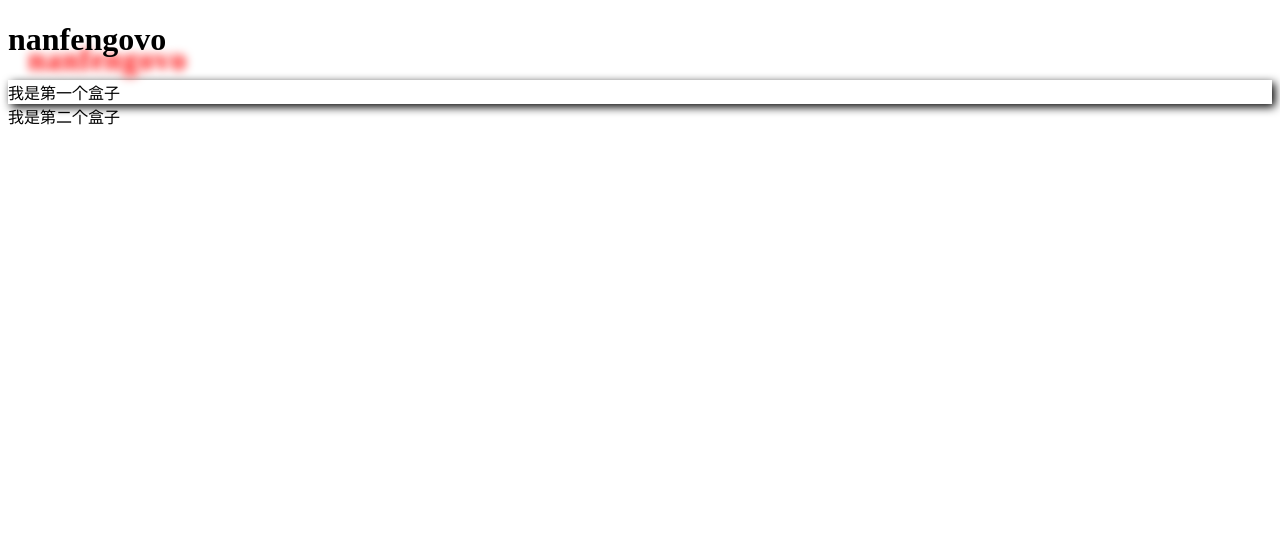
Repository: nanfengovo/CSS
Page: shadow.html
These files come from the project's save history. The page is drawn as it stood at one moment and after the next save; the edit follows.
The browser window is 1280 px wide. The pictures show the whole page.

Above is the page before, as saved 2025-01-01 09:55:14.

### shadow.html
<!DOCTYPE html>
<html lang="en">
<head>
    <meta charset="UTF-8">
    <meta name="viewport" content="width=device-width, initial-scale=1.0">
    <title>CSS阴影</title>
    <style>
        h1{
            text-shadow: 20px 20px 10px  red;/*水平阴影 垂直阴影 模糊距离 阴影颜色*/
        }
        #div_1{
            box-shadow: 3px 3px 10px ;
        }
    </style>
</head>
<body>
    <!--文字阴影   盒子(box)阴影-->
    <h1>nanfengovo</h1>
    <div id="div_1">
        我是第一个盒子
    </div>
    <div id="div_2">
        我是第二个盒子
    </div>
</body>
</html>

After the next save:
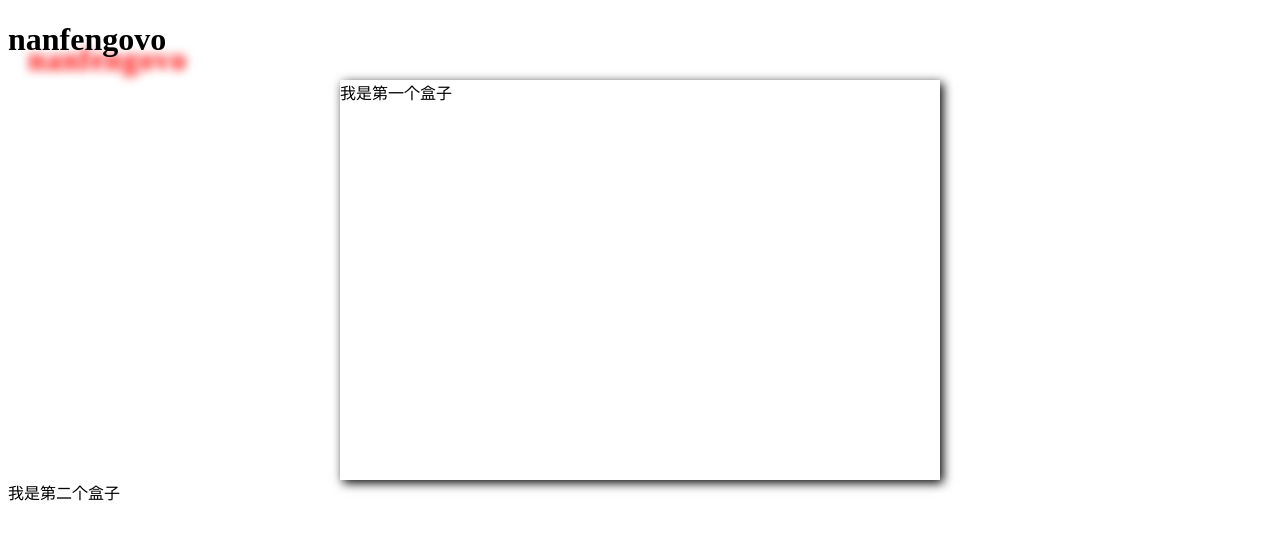
Saved 3 min 20 s later.
--- a/shadow.html
+++ b/shadow.html
@@ -9,6 +9,9 @@
             text-shadow: 20px 20px 10px  red;/*水平阴影 垂直阴影 模糊距离 阴影颜色*/
         }
         #div_1{
+            width: 600px;
+            height: 400px;
+            margin: auto;
             box-shadow: 3px 3px 10px ;
         }
     </style>
